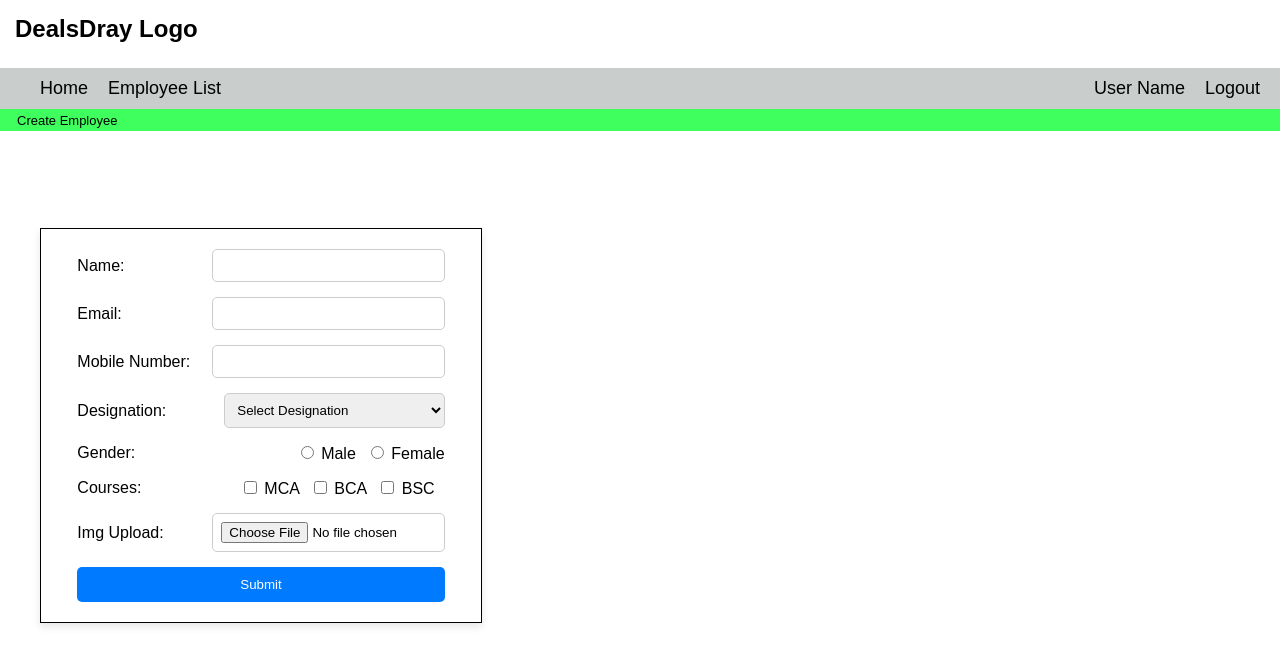
Repository: Mahanandapadavale123/dealsdray
Page: /employees/create (app in frontend/)
An editor plug-in stored every save of this project. The page is shown before and after the next save, followed by the edit.
The browser window is 1280 px wide. The pictures show the whole page.
The page's requests for data from a server got no answer. The project was rebuilt for these pictures with package versions that can differ from the ones it lists, and the page was loaded fresh each time. No one was signed in, and anything a server would have sent is missing. Also part of the build but not shown: frontend/src/css/login.module.css, frontend/src/views/login.jsx, frontend/src/css/employee.css, frontend/src/views/EmployeeList.jsx, frontend/src/views/dashboard.jsx.

Above is the page before, as saved 2024-09-19 21:02:06.

### frontend/src/App.js
import React, { useState, useEffect } from "react";
import { BrowserRouter as Router, Routes, Route, Navigate } from "react-router-dom";
import axios from "axios";
import Login from "./views/login";
import EmployeeList from "./views/EmployeeList";
import CreateEmployee from "./views/create.jsx";
import Dashboard from "./views/dashboard.jsx";


function App() {
  const [isLoggedIn, setIsLoggedIn] = useState(false);

  useEffect(() => {
    const checkAuthentication = async () => {
      try {
        const response = await axios.get("http://127.0.0.1:8000/api/v1/users/isAuthenticated", {
          withCredentials: true,  // Ensure cookies are sent with the request
        });
        if (response.data.isAuthenticated) {
          setIsLoggedIn(true);
        } else {
          setIsLoggedIn(false);
        }
      } catch (error) {
        console.log("Error checking authentication:", error);
        setIsLoggedIn(false);  // If error occurs, assume user is not logged in
      }
    };
    checkAuthentication();
  }, []);

  return (
    <Router>
      <Routes>
        <Route
          path="/dashboard"
          element={<Dashboard /> }
        />
         <Route path="/employees" element={<EmployeeList />} />
         <Route path="/employees/create" element={<CreateEmployee />} />

        {/* <Route
          path="/dashboard"
          element={isLoggedIn ? <Dashboard /> : <Navigate to="/login" />}
        />

        <Route path="/login" element={<Login setIsLoggedIn={setIsLoggedIn} />} />

        <Route path="/" element={<Navigate to={isLoggedIn ? "/dashboard" : "/login"} />} /> */}
      </Routes>
    </Router>
  );
}

export default App;

### frontend/src/views/create.jsx
import React, { useState } from "react";
import Header from "./layout/header";
import "../css/create.css";
import axios from "axios";
import { useNavigate } from "react-router-dom";

const CreateEmployee = () => {
  const navigate = useNavigate();

  const [formData, setFormData] = useState({
    name: "",
    email: "",
    mobile: "",
    designation: "",
    gender: "",
    courses: [],
    image: null
  });

  const [isLoading, setIsLoading] = useState(false);

  const designations = ["Manager", "Sales", "HR"];
  const courses = ["MCA", "BCA", "BSC"];

  const handleChange = (e) => {
    setFormData({ ...formData, [e.target.name]: e.target.value });
  };
  const handleGenderChange = (e) => {
    setFormData({ ...formData, gender: e.target.value });
  };

  const handleCourseChange = (e) => {
    const selectedCourse = e.target.value;
    const updatedCourses = formData.courses.includes(selectedCourse)
      ? formData.courses.filter((course) => course !== selectedCourse)
      : [...formData.courses, selectedCourse];
    setFormData({ ...formData, courses: updatedCourses });
  };

  const handleFileChange = (e) => {
    setFormData({ ...formData, image: e.target.files[0] });
  };


  const handleSubmit = async (e) => {
      e.preventDefault();
      setIsLoading(true);

      try {
        const formDataToSend = new FormData(); // Using FormData to handle file uploads

        // Append form fields to FormData
        formDataToSend.append('name', formData.name);
        formDataToSend.append('email', formData.email);
        formDataToSend.append('mobileNo', formData.mobile);
        formDataToSend.append('designation', formData.designation);
        formDataToSend.append('gender', formData.gender);

        formData.courses.forEach((course) => formDataToSend.append('courses[]', course));
        formDataToSend.append('image', formData.image);

        // Make the POST request using axios
        const response = await axios.post('http://127.0.0.1:8000/api/v1/employees', formDataToSend, {
          headers: {'Content-Type': 'multipart/form-data'}
        });

        // Handle success response
        if (response.status === true) {
            alert(response.data.message)
            navigate("/employees");
            console.log('Success:', response.data);
        }else{
          alert(response.data.message)
        }
      } catch (err) {
        console.log(err);

        let data = err.response.data;
        alert(data.message)
          console.log('Error:', err.response.data);
      } finally {
        setIsLoading(false); // End loading
      }
  };


  return (
    <div className="page-container">
      <Header />

      <div className="row breadcrump" >
          <span>Create Employee</span>
      </div>

      <main className="content">

        <div className="container">
          <div className="card">

            <form onSubmit={handleSubmit} className="form" encType="multipart/form-data" >
              <div className="formGroup">
                <label className="label">Name:</label>
                <input
                  type="text"
                  name="name"
                  value={formData.name}
                  onChange={handleChange}

                  className="input"
                />
              </div>

              {/* Email */}
              <div className="formGroup">
                <label className="label">Email:</label>
                <input
                  type="email"
                  name="email"
                  value={formData.email}
                  onChange={handleChange}

                  className="input"
                />
              </div>

              {/* Mobile */}
              <div className="formGroup">
                <label className="label">Mobile Number:</label>
                <input
                  type="text"
                  name="mobile"
                  value={formData.mobile}
                  onChange={handleChange}

                  className="input"
                />
              </div>

              {/* Designation */}
              <div className="formGroup">
                <label className="label">Designation:</label>
                <select
                  name="designation"
                  value={formData.designation}
                  onChange={handleChange}

                  className="input"
                >
                  <option value="">Select Designation</option>
                    <option value="" disabled >Select Designation</option>
                    <option value="HR">HR</option>
                    <option value="Manager">Manager</option>
                    <option value="Sales">Sales</option>
                </select>
              </div>

              {/* Gender */}
              <div className="formGroup">
                <label className="label">Gender:</label>
                <div className="inlineGroup">
                  <label>
                    <input
                      type="radio"
                      name="gender"
                      value="Male"
                      onChange={handleGenderChange}

                    />{" "}
                    Male
                  </label>
                  <label style={{ marginLeft: "10px" }}>
                    <input
                      type="radio"
                      name="gender"
                      value="Female"
                      onChange={handleGenderChange}

                    />{" "}
                    Female
                  </label>
                </div>
              </div>

              {/* Courses */}
              <div className="formGroup">
                <label className="label">Courses:</label>
                <div className="inlineGroup">
                  {courses.map((course) => (
                    <label key={course} style={{ marginRight: "10px" }}>
                      <input
                        type="checkbox"
                        value={course}
                        onChange={handleCourseChange}
                      />{" "}
                      {course}
                    </label>
                  ))}
                </div>
              </div>

              {/* Image Upload */}
              <div className="formGroup">
                <label className="label">Img Upload:</label>
                <input
                  type="file"
                  name="image"
                  onChange={handleFileChange}
                  className="input"
                />
              </div>

              {/* Submit Button */}
              <button type="submit" className="button">
                 Submit
              </button>
            </form>
          </div>
        </div>
      </main>
    </div>
  );
};




export default CreateEmployee;

### frontend/src/views/layout/header.jsx
import React from "react";
import "../../css/navbar.css";

const Header = () => {
  return (
    <>
      <div className="row topbar">
        <div className="logo">DealsDray Logo</div>
      </div>

      <header className="header">
        <nav className="navbar">
          <ul className="nav-links">
            <li>
              <a href="/dashboard">Home</a>
            </li>
            <li>
              <a href="/employees">Employee List</a>
            </li>
          </ul>

          <ul className="nav-links">
            <li>
              <a href="/dashboard">User Name</a>
            </li>
            <li>
              <a href="/employee-list">Logout</a>
            </li>
          </ul>
        </nav>
      </header>
    </>
  );
};

export default Header;

### frontend/src/css/create.css
.card {
  display: flex;
  justify-content: center;
  align-items: center;
}

.card {
  border: 1px solid black; /* Black border */
  padding: 20px;
  background-color: white;
  width: 400px; /* Card width */
  box-shadow: 0 4px 8px rgba(0, 0, 0, 0.1);
  text-align: center;
}

.form {
  display: flex;
  flex-direction: column;
}

.formGroup {
  display: flex; /* Flexbox for inline layout */
  justify-content: space-between;
  align-items: center;
  margin-bottom: 15px;
}

.formGroup input,  .formGroup select, .formGroup .inlineGroup{
  text-align: left;
}

.label {
  margin-right: 10px;
  width: 35%;
  text-align: left;
}

.input {
  width: 60%;
  padding: 8px;
  border: 1px solid #ccc;
  border-radius: 5px;
}

.inlineGroup {
  display: flex;
  align-items: center;
}

.button {
  padding: 10px;
  background-color: #007bff;
  color: white;
  border: none;
  border-radius: 5px;
  cursor: pointer;
}
.breadcrump{
  background: #3fff5f;
  padding: 2px 17px;
}
.breadcrump span{
  font-size: 13px;;
}

### frontend/src/css/dashboard.css
/* dashboard.css */

body {
    font-family: Arial, sans-serif;
    margin: 0;
    padding: 0;
  }

  .container {
    width: 100%!important;
    max-width: 1200px;
    margin: auto;
    padding: 20px;
  }

  header {
   background-color: #9c9a9a;

  }
  .logo {
    text-align: left;
    font-size: 24px;
    font-weight: bold;
    margin-bottom: 10px;
  }

  h3 {
  display:inline-block;
    color: #333;
  }

  .dashboard-content {
    padding: 20px;
    background-color: #f9f9f9;
    border-radius: 8px;
    box-shadow: 0 2px 5px rgba(0, 0, 0, 0.1);
  }

  .page-container {
    height: 100vh; /* Set the height to 60% of the viewport height */
    display: flex;
    flex-direction: column;
  }

  .content {
    flex: 1;
    padding: 20px; /* Optional, for spacing */
    text-align: center;
    display: flex;
    align-items: center;
    justify-content: center;
  }

  h2 {
    margin: 0;
  }



  @media screen and (max-width: 768px) {
    table, th, td {
      font-size: 14px;
    }
  }

### frontend/src/css/navbar.css
.header {
  background-color: #c9cecc;
  padding: 10px 20px;
  display: flex;
  align-items: center;
  }

  .topbar{
    padding: 15px;
  }
  .navbar {
    display: flex;
    justify-content: space-between;
    width: 100%;
    align-items: center;
  }

  .logo {
    color: #000000;
    font-size: 24px;
    font-weight: bold;
  }

  .nav-links {
    list-style: none;
    display: flex;
    margin: 0;
    padding: 0;
  }

  .nav-links li {
    margin-left: 20px;
  }

  .nav-links li a {
    color: #000000;
    text-decoration: none;
    font-size: 18px;
    transition: color 0.3s;
  }

  .nav-links li a:hover {
    color: #f0a500;
  }

Loaded but not shown: frontend/public/index.html (common file); frontend/src/index.js (common file); frontend/src/reportWebVitals.js (common file)

After the next save:
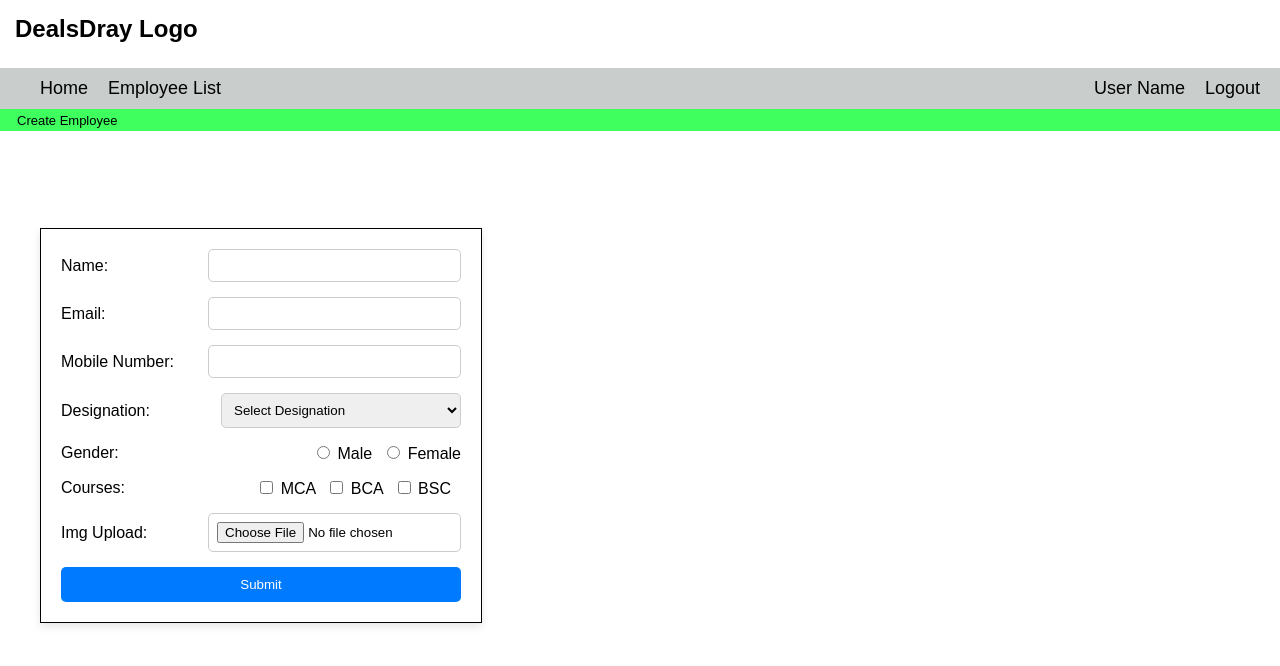
Saved 34 s later.
--- a/frontend/src/css/create.css
+++ b/frontend/src/css/create.css
@@ -1,9 +1,8 @@
-.card {
+.form-div{
   display: flex;
   justify-content: center;
   align-items: center;
 }
-
 .card {
   border: 1px solid black; /* Black border */
   padding: 20px;

After the save that followed:
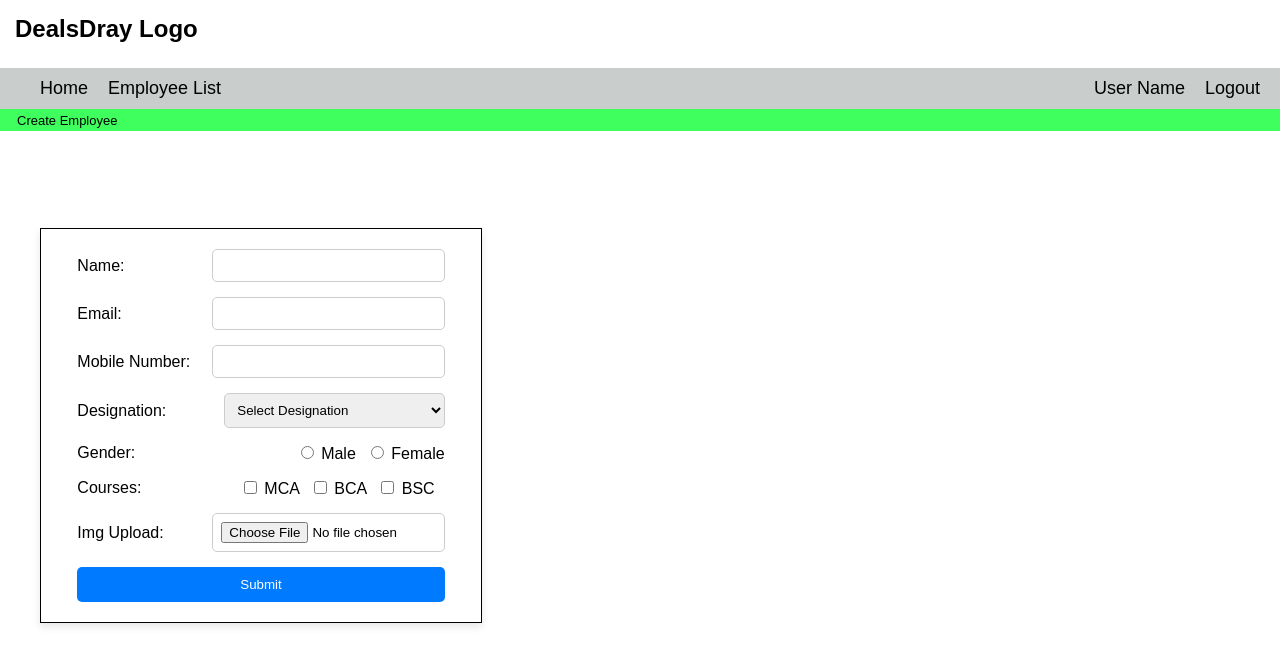
Saved 9 s later.
--- a/frontend/src/views/create.jsx
+++ b/frontend/src/views/create.jsx
@@ -95,7 +95,7 @@ const CreateEmployee = () => {
       <main className="content">
 
         <div className="container">
-          <div className="card">
+          <div className="card form-div">
 
             <form onSubmit={handleSubmit} className="form" encType="multipart/form-data" >
               <div className="formGroup">
@@ -214,6 +214,7 @@ const CreateEmployee = () => {
                  Submit
               </button>
             </form>
+
           </div>
         </div>
       </main>
